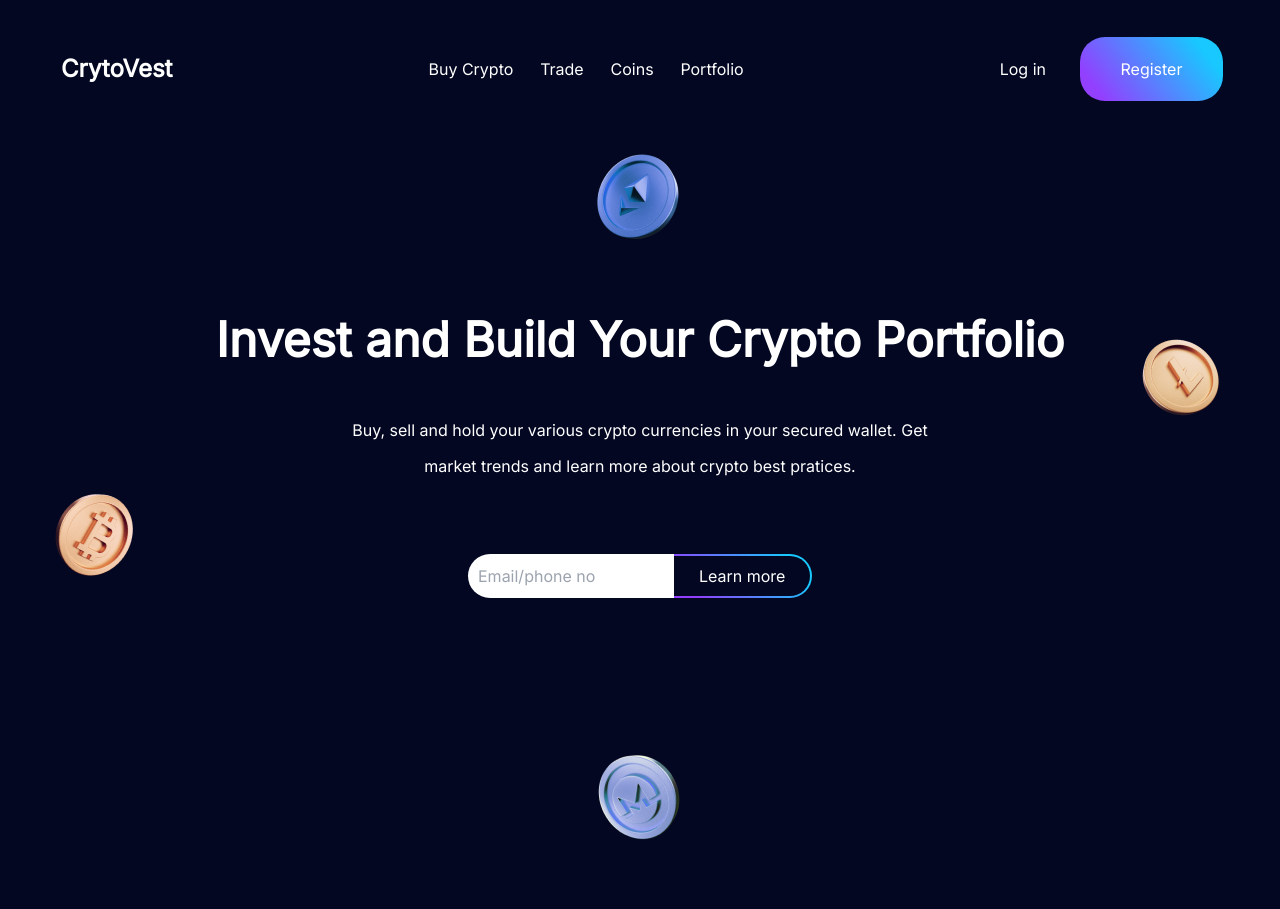
Repository: Eugene44-hub/cryptovest
Page: /
An editor plug-in stored every save of this project. The page is shown before and after the next save, followed by the edit.
The browser window is 1280 px wide. The pictures show the whole page.
The project was rebuilt for these pictures with package versions that can differ from the ones it lists, and the page was loaded fresh each time. Also part of the build but not shown: vite.config.ts.

Above is the page before, as saved 2022-07-16 00:03:08.

### src/App.tsx
import Home from "./pages/home/Home"

function App() {

  return (
    <div className="App">
      <Home/>

    </div>
  )
}

export default App

### src/index.css
@import url('https://fonts.googleapis.com/css2?family=Inter&display=swap');
@tailwind base;
@tailwind components;
@tailwind utilities;
body {
    margin: 0;
    font-family: 'Inter', sans-serif;
    -webkit-font-smoothing: antialiased;
    -moz-osx-font-smoothing: grayscale;
    padding: 0;
    background-color: rgba(3, 7, 34, 1);
}

code {
    font-family: source-code-pro, Menlo, Monaco, Consolas, 'Courier New', monospace;
}

.container {
    max-width: 1440px;
    margin: 0 auto;
}

### src/pages/home/Home.tsx
import React from 'react'
import Hero from '../../components/hero/Hero'
import Nav from '../../components/nav/Nav'

const Home = () => {
  return (
    <div>
      <Nav/>
      <Hero/>
    </div>
  )
}

export default Home

### src/components/hero/Hero.tsx
import React from 'react'
import etherum from "../../assets/images/hero/EtheriumCoin.png"
import bitcoin from "../../assets/images/hero/Bitcoin.png"
import monero from "../../assets/images/hero/Monero.png"
import liteCoin from "../../assets/images/hero/LiteCoin.png"
import spotlight from "../../assets/images/hero/spotlight.svg"
import styles from "./Hero.module.scss"
const Hero = () => {
  return (
    <section className={`${styles.section}`}>
      {/* <img src={spotlight} className="absolute left-0" alt="" /> */}
      <article className={`${styles.container} container px-[24px]`}>

        <img src={etherum} className="m-auto w-[20%] md:w-auto mt-[10px]" alt="etherum" />

        <div className='mt-[17px] flex-wrap flex'>

          <div className=' w-full relative'>
          <header className={`${styles.header} text-white text-center`}>
            Invest and Build Your Crypto Portfolio
          </header>
          <figure className='flex w-full  justify-end md:absolute top-0'>
          <img src={liteCoin} className={"w-[20%] md:w-[auto] md:w-[10%]  "} alt="" />
          </figure>
          </div>

          <div className='w-full relative  m-auto md:order-2 md:mt-0 mt-[3px] '>
          <div className='flex md:w-[344px] sm:w-[60%] m-auto rounded-[25px] mt-[3px] overflow-hidden'>
            <input type="text" className='p-[10px] w-[60%]' placeholder='Email/phone no' />
            <div className={`${styles.btnContainer} flex-1 p-[2px]  pl-0`}>
              <button className={` w-full h-full  ${styles.inputBtn}`}>
                Learn more
              </button>
            </div>
          </div>
          <figure className='w-[20%] left-0 top-[-200%] md:absolute'>
            <img src={bitcoin} className="mt-[8px]" alt="bitcoin" />
          </figure>
          </div>



          <div className='text-center w-[90%] lg:mt-[36px] md:mt-[70px] md:mb-[67px] md:max-w-[626px] mt-[11px] mt-[] leading-[36px] m-auto'>
            <p className="text-white">
            Buy, sell and hold your various crypto currencies in your secured wallet. Get market trends and learn more about crypto best pratices.
            </p>
          </div>
        </div>
        <img src={monero} className="md:mt-[121px] mt-[17px] mb-[32px] md:w-auto w-[20%] m-auto" alt="monero" />
<div className='sm:hidden'>
  <button className={`${styles.btn} w-full`}>
    Register
  </button>
</div>
      </article>
    </section>
  )
}

export default Hero

### src/components/nav/Nav.tsx
import React from 'react'
import styles from "./Nav.module.scss"
const navItems = ["Buy Crypto", "Trade", "Coins", "Portfolio"]
import { AiOutlineMenu } from "react-icons/ai"

const Nav = () => {
  return (
    <nav className='pt-[37px]'>
      <div className='container  px-[24px] md:pl-[61px] md:pr-[57px] text-white'>
        <div className='flex justify-between items-center'>
          <span className={`font-[700] ${styles.banner}`}>
            CrytoVest
          </span>
          <div className='hidden lg:flex justify-between items-center flex-1'>
            <ul className='flex font-[500] m-auto lg:w-[50%] xl:w-[30%]  justify-between'>
              {navItems.map((item, index) => (<li key={index}>{item}</li>))}
            </ul>
            <div className='font-[500]'>
              <button className='mr-[34px]'>
                Log in
              </button>
              <button className={`${styles.btn} w-[143px]`}>
                Register
              </button>
            </div>
          </div>
          <AiOutlineMenu color="white" size={24} className="font-bold lg:hidden" />
        </div>


      </div>
    </nav>
  )
}

export default Nav

### src/components/hero/Hero.module.scss
@import "../../sass";
.section {
    .container {
        .header {
            font-weight: 900;
            font-size: 48px;
            @include devices(1200px) {
                font-size: 30px;
            }
            @include devices(768px) {
                font-size: 24px;
            }
        }
        .btnContainer {
            background: $gradient1
        }
        .inputBtn {
            background: $bgColor;
            color: white;
            border-radius: 0px 25px 25px 0px;
        }
    }
    .btn {
        @include setBtn($gradient1)
    }
}

### src/components/nav/Nav.module.scss
@import "../../sass/index.scss";
.banner {
    font-size: rem(24);
}

.btn {
    @include setBtn($gradient1);
}

### src/sass/index.scss
@import "./config";

### src/sass/config/_index.scss
@import "variables";
@import "utilities";
@import "mixins&funcs";

### src/sass/config/_variables.scss
$gradient1:linear-gradient(231.7deg, #18C8FF 15.39%, #933FFE 87.39%);
$gradient: linear-gradient(180.01deg, rgba(245, 245, 245, 0.53) 0.39%, rgba(205, 96, 188, 0.5) 24.76%, rgba(56, 77, 130, 0.26) 63.89%, rgba(105, 30, 226, 0.03) 92.45%);
$bgColor:rgba(3, 7, 34, 1);
$purple1:rgba(185, 130, 255, 1);
$purple1:rgba(132, 112, 255, 1);
$grey1:rgba(255, 255, 255, 1);

### src/sass/config/_utilities.scss
/*
➡️ 0px -480px -  Smaller Smartphones

➡️ 481px -768px  - Tablets & larger smartphones

➡️ 769px -1279px  -  Laptops, larger tablets
in landscape, and small desktops

➡️ 1280px+ - Larger desktops and monitors
*/

%btn {
    border-radius: 25px;
    padding: 20px 0;
}

### src/sass/config/_mixins&funcs.scss
@use "sass:math";
@function rem($px, $default:16) {
    @return (math.div($px, $default)*1rem);
}

@mixin devices($device) {
    @media screen and (max-width: $device) {
        @content;
    }
}

@mixin setBtn($bgColor) {
    background: $bgColor;
    color: white;
    @extend %btn
}

Loaded but not shown: index.html (common file); src/main.tsx (common file); tailwind.config.js (common file)

After the next save:
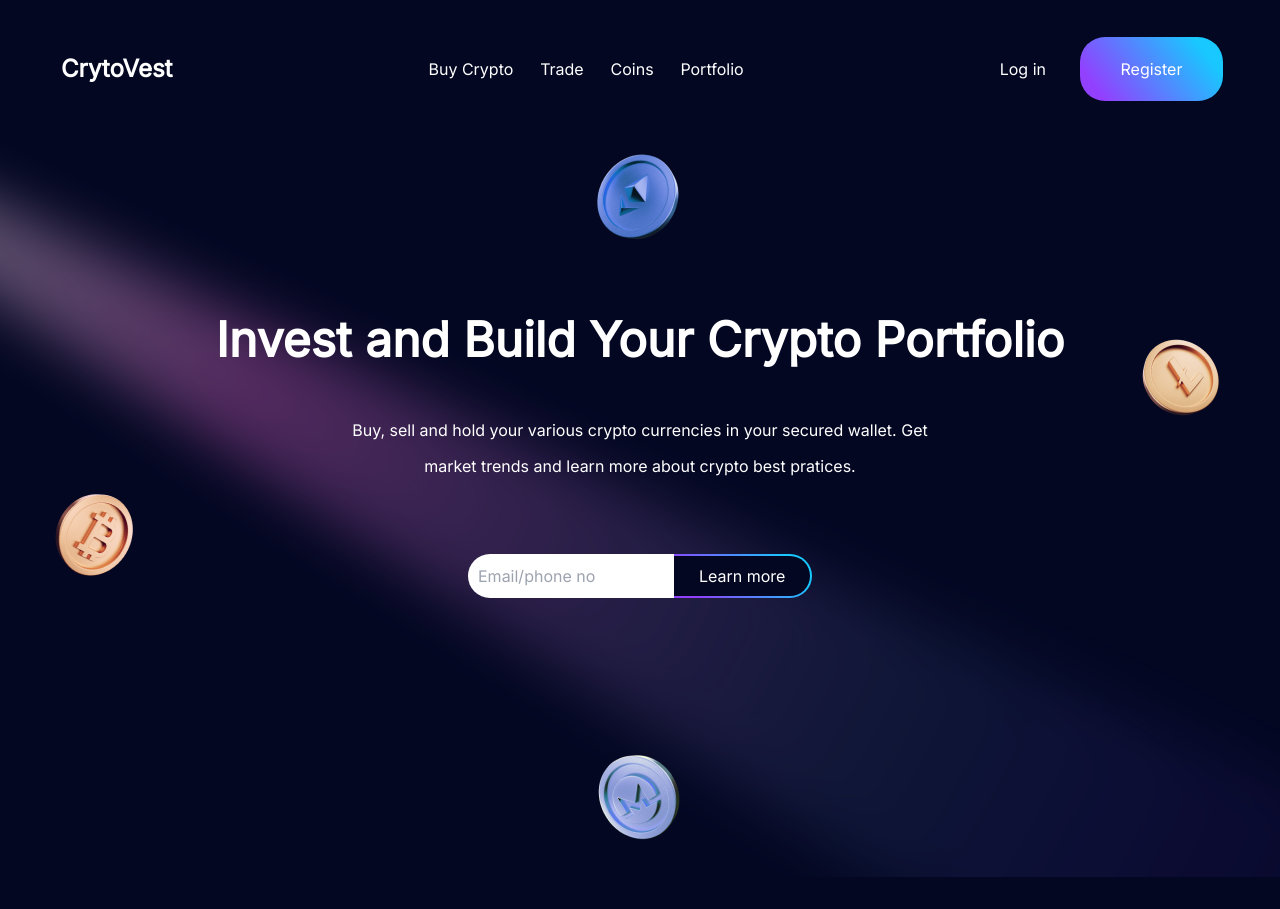
Saved 54 s later.
--- a/src/components/hero/Hero.module.scss
+++ b/src/components/hero/Hero.module.scss
@@ -1,5 +1,6 @@
 @import "../../sass";
 .section {
+    background-image: url(../../assets/images/hero/spotlight.svg);
     .container {
         .header {
             font-weight: 900;
